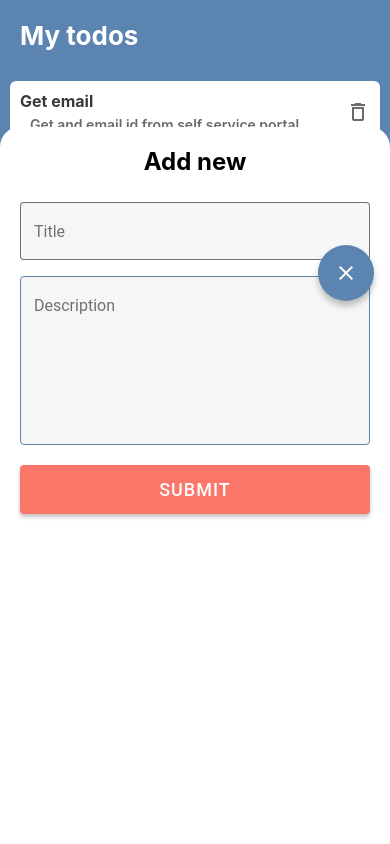
Repository: sadarsh216/Todo-App
Page: /, after clicking the first element matching `button.css-view-175oi2r`
The author's editor kept a copy of each file at every save. The page is drawn from the files as they stood at one save, then again after the next save.
The browser window is 390 px wide. The pictures show the whole page.
The app was drawn by React Native's web renderer in a window 390 px wide. The project was rebuilt for these pictures with package versions that can differ from the ones it lists, and the page was loaded fresh each time.

Above is the page before, as saved 2021-10-09 15:03:55.

After the next save:
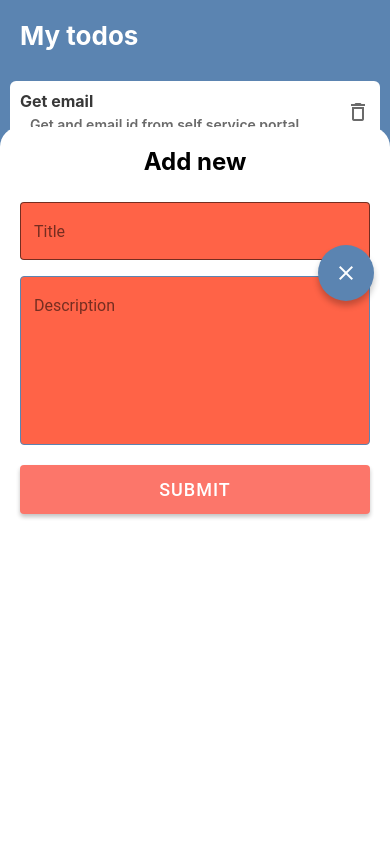
Saved 38 s later.
--- a/components/Modal.tsx
+++ b/components/Modal.tsx
@@ -57,7 +57,8 @@
     justifyContent: "space-around",
   },
   input: {
-    marginBottom: 10,
+      marginBottom: 10,
+      backgroundColor:"tomato"
   },
   submitBtn: {
     marginTop: 10,

After the save that followed:
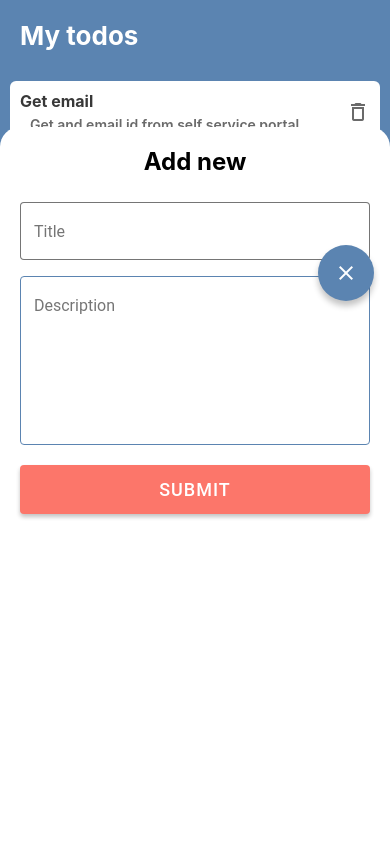
Saved 9 s later.
--- a/components/Modal.tsx
+++ b/components/Modal.tsx
@@ -58,7 +58,7 @@
   },
   input: {
       marginBottom: 10,
-      backgroundColor:"tomato"
+      backgroundColor:"white"
   },
   submitBtn: {
     marginTop: 10,
